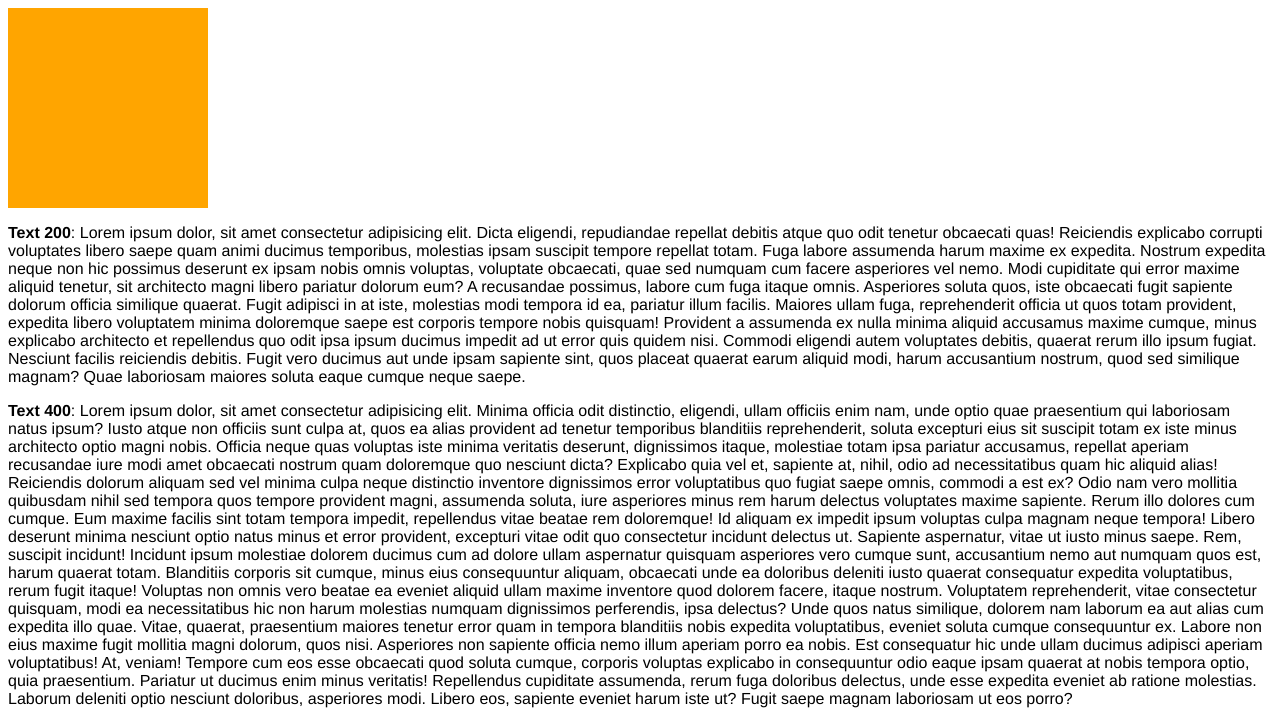
Repository: j4tdn/java18-repository
Page: 2. CSS3/ex04-css-float.html
These files come from the project's save history. The page is drawn as it stood at one moment and after the next save; the edit follows.
The browser window is 1280 px wide. The pictures show the whole page.

Above is the page before, as saved 2023-10-21 18:51:08.

### 2. CSS3/ex04-css-float.html
<!DOCTYPE html>
<html lang="en">
  <head>
    <meta charset="UTF-8" />
    <meta name="viewport" content="width=device-width, initial-scale=1.0" />
    <title>Ex04 - Css Float</title>
    <link rel="stylesheet" href="css/style-base.css" />
    <link rel="stylesheet" href="css/utils.css" />
  </head>
  <body>
    <div class="block-md200 bg-orange"></div>
    <p>
      <span class="text-bold">Text 200</span>: Lorem ipsum dolor, sit amet
      consectetur adipisicing elit. Dicta eligendi, repudiandae repellat debitis
      atque quo odit tenetur obcaecati quas! Reiciendis explicabo corrupti
      voluptates libero saepe quam animi ducimus temporibus, molestias ipsam
      suscipit tempore repellat totam. Fuga labore assumenda harum maxime ex
      expedita. Nostrum expedita neque non hic possimus deserunt ex ipsam nobis
      omnis voluptas, voluptate obcaecati, quae sed numquam cum facere
      asperiores vel nemo. Modi cupiditate qui error maxime aliquid tenetur, sit
      architecto magni libero pariatur dolorum eum? A recusandae possimus,
      labore cum fuga itaque omnis. Asperiores soluta quos, iste obcaecati fugit
      sapiente dolorum officia similique quaerat. Fugit adipisci in at iste,
      molestias modi tempora id ea, pariatur illum facilis. Maiores ullam fuga,
      reprehenderit officia ut quos totam provident, expedita libero voluptatem
      minima doloremque saepe est corporis tempore nobis quisquam! Provident a
      assumenda ex nulla minima aliquid accusamus maxime cumque, minus explicabo
      architecto et repellendus quo odit ipsa ipsum ducimus impedit ad ut error
      quis quidem nisi. Commodi eligendi autem voluptates debitis, quaerat rerum
      illo ipsum fugiat. Nesciunt facilis reiciendis debitis. Fugit vero ducimus
      aut unde ipsam sapiente sint, quos placeat quaerat earum aliquid modi,
      harum accusantium nostrum, quod sed similique magnam? Quae laboriosam
      maiores soluta eaque cumque neque saepe.
    </p>
    <p>
      <span class="text-bold">Text 400</span>: Lorem ipsum dolor, sit amet
      consectetur adipisicing elit. Minima officia odit distinctio, eligendi,
      ullam officiis enim nam, unde optio quae praesentium qui laboriosam natus
      ipsum? Iusto atque non officiis sunt culpa at, quos ea alias provident ad
      tenetur temporibus blanditiis reprehenderit, soluta excepturi eius sit
      suscipit totam ex iste minus architecto optio magni nobis. Officia neque
      quas voluptas iste minima veritatis deserunt, dignissimos itaque,
      molestiae totam ipsa pariatur accusamus, repellat aperiam recusandae iure
      modi amet obcaecati nostrum quam doloremque quo nesciunt dicta? Explicabo
      quia vel et, sapiente at, nihil, odio ad necessitatibus quam hic aliquid
      alias! Reiciendis dolorum aliquam sed vel minima culpa neque distinctio
      inventore dignissimos error voluptatibus quo fugiat saepe omnis, commodi a
      est ex? Odio nam vero mollitia quibusdam nihil sed tempora quos tempore
      provident magni, assumenda soluta, iure asperiores minus rem harum
      delectus voluptates maxime sapiente. Rerum illo dolores cum cumque. Eum
      maxime facilis sint totam tempora impedit, repellendus vitae beatae rem
      doloremque! Id aliquam ex impedit ipsum voluptas culpa magnam neque
      tempora! Libero deserunt minima nesciunt optio natus minus et error
      provident, excepturi vitae odit quo consectetur incidunt delectus ut.
      Sapiente aspernatur, vitae ut iusto minus saepe. Rem, suscipit incidunt!
      Incidunt ipsum molestiae dolorem ducimus cum ad dolore ullam aspernatur
      quisquam asperiores vero cumque sunt, accusantium nemo aut numquam quos
      est, harum quaerat totam. Blanditiis corporis sit cumque, minus eius
      consequuntur aliquam, obcaecati unde ea doloribus deleniti iusto quaerat
      consequatur expedita voluptatibus, rerum fugit itaque! Voluptas non omnis
      vero beatae ea eveniet aliquid ullam maxime inventore quod dolorem facere,
      itaque nostrum. Voluptatem reprehenderit, vitae consectetur quisquam, modi
      ea necessitatibus hic non harum molestias numquam dignissimos perferendis,
      ipsa delectus? Unde quos natus similique, dolorem nam laborum ea aut alias
      cum expedita illo quae. Vitae, quaerat, praesentium maiores tenetur error
      quam in tempora blanditiis nobis expedita voluptatibus, eveniet soluta
      cumque consequuntur ex. Labore non eius maxime fugit mollitia magni
      dolorum, quos nisi. Asperiores non sapiente officia nemo illum aperiam
      porro ea nobis. Est consequatur hic unde ullam ducimus adipisci aperiam
      voluptatibus! At, veniam! Tempore cum eos esse obcaecati quod soluta
      cumque, corporis voluptas explicabo in consequuntur odio eaque ipsam
      quaerat at nobis tempora optio, quia praesentium. Pariatur ut ducimus enim
      minus veritatis! Repellendus cupiditate assumenda, rerum fuga doloribus
      delectus, unde esse expedita eveniet ab ratione molestias. Laborum
      deleniti optio nesciunt doloribus, asperiores modi. Libero eos, sapiente
      eveniet harum iste ut? Fugit saepe magnam laboriosam ut eos porro?
    </p>
  </body>
</html>

### 2. CSS3/css/style-base.css
/*  */
* {
  font-family: corbel, helvetica, sans-serif;
}
li {
  /* list-style-type: none; */
  list-style-image: url("../images/world.png");
}
/* EX02: CSS SELECTOR CLASS ID */
/* Chỉ có thẻ p với class là text20 mới ăn */
/* p[class="text20"] {
  color: blue;
} */
/* p.text20 {
  color: blue;
} */
/* Tất cả tag với class là text20 */
/* .text20 {
  color: blue;
} */

#page-footer {
  position: absolute;
  bottom: 0;
  left: 0;
  width: 100%;
  height: 40px;
  background-color: pink;
}

/* EX03: BASE CONTENT BASIC DEMO */
.parent-text10lh {
  height: 60px;
  background-color: blue;
}
.text10lh {
  line-height: 60px;
  color: #fcccba;
}

### 2. CSS3/css/utils.css
.text-green {
  color: green;
}
.text-blue {
  color: blue;
}
.text-orange {
  color: orange;
}
.text-bold {
  font-weight: bold;
}
.text-underline {
  text-decoration: underline;
}
.text-line-through {
  text-decoration: line-through;
}
.text-overline {
  text-decoration: overline;
}
.text-decor-none {
  text-decoration: none;
}
.text-align-left {
  text-align: left;
}
.text-align-center {
  text-align: center;
}
.text-align-right {
  text-align: right;
}
.block-md200 {
  width: 200px;
  height: 200px;
}
.bg-orange {
  background-color: orange;
}

After the next save:
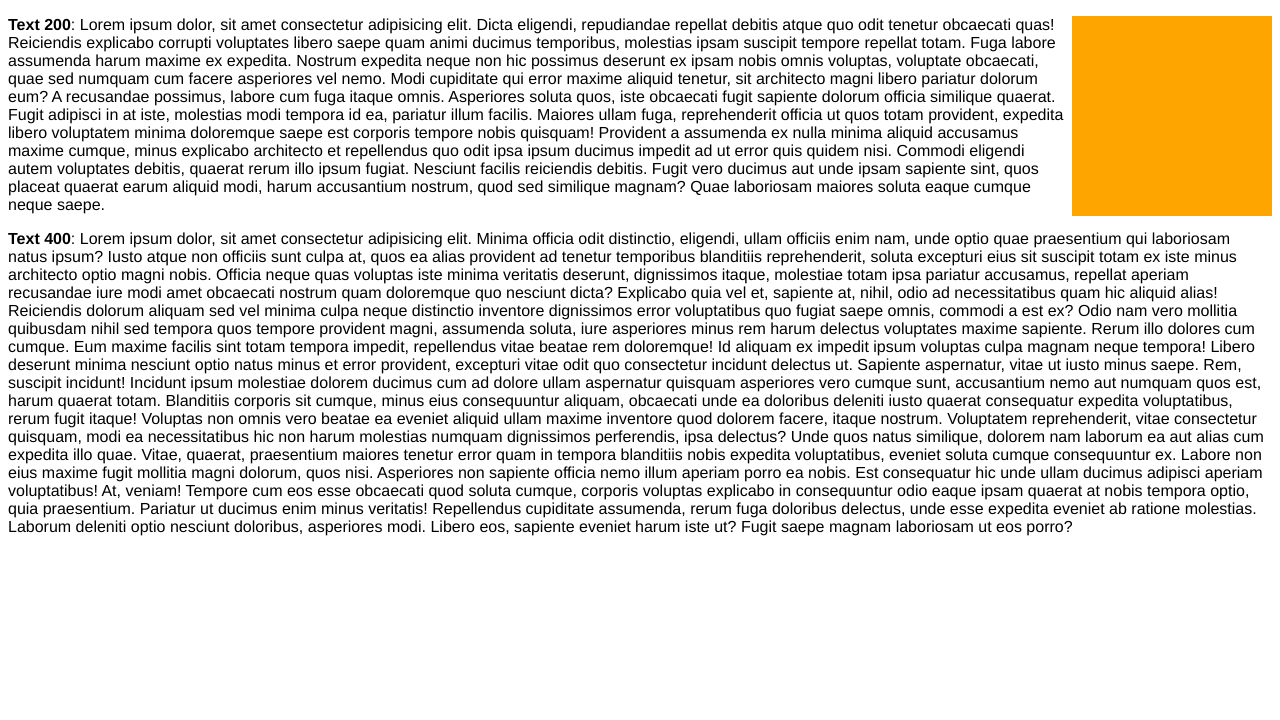
Saved 64 s later.
--- a/2. CSS3/ex04-css-float.html
+++ b/2. CSS3/ex04-css-float.html
@@ -8,7 +8,7 @@
     <link rel="stylesheet" href="css/utils.css" />
   </head>
   <body>
-    <div class="block-md200 bg-orange"></div>
+    <div class="block-md200 bg-orange" style="float: right"></div>
     <p>
       <span class="text-bold">Text 200</span>: Lorem ipsum dolor, sit amet
       consectetur adipisicing elit. Dicta eligendi, repudiandae repellat debitis
